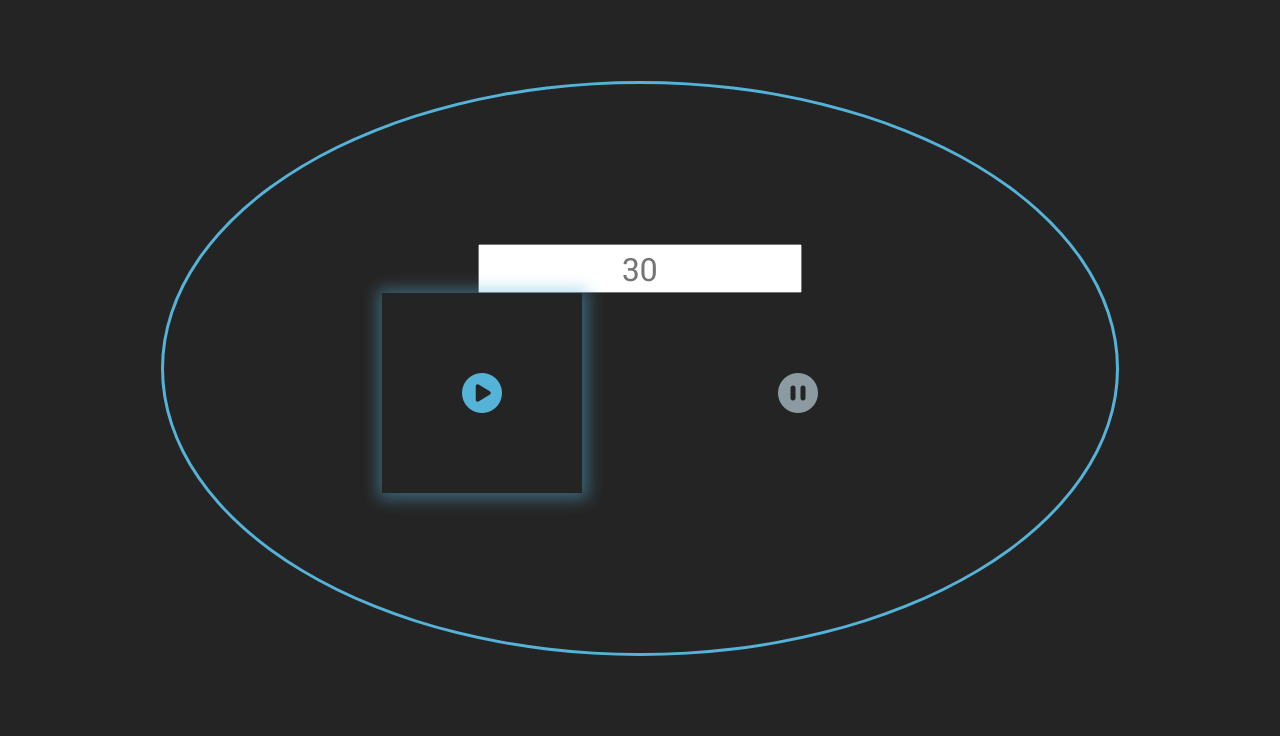
Repository: Sbethm/javascript-challenges
Page: index.html
The author's editor kept a copy of each file at every save. The page is drawn from the files as they stood at one save, then again after the next save.
The browser window is 1280 px wide. The pictures show the whole page.
Some web libraries are served in a nearby version. The style sheet was rebuilt from its Sass, Less or Tailwind sources for each picture, by a compiler version that may differ from the author's.

Above is the page before, as saved 2021-09-17 09:50:42.

After the next save:
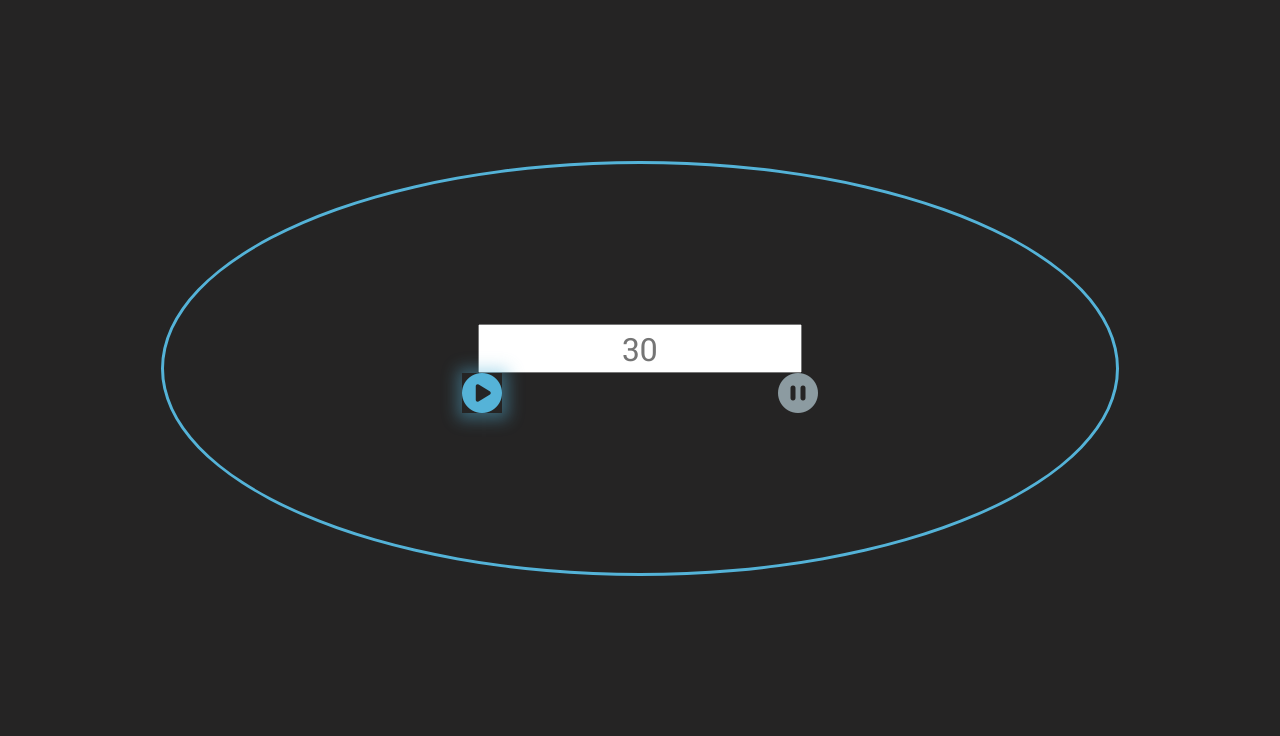
Saved 51 s later.
--- a/SCSS/main.scss
+++ b/SCSS/main.scss
@@ -35,7 +35,6 @@ input {
 }
 
 i {
-    padding: 2em;
     margin: 0 auto;
     font-size: clamp(1rem, 75vw, 2.5rem);
 }
